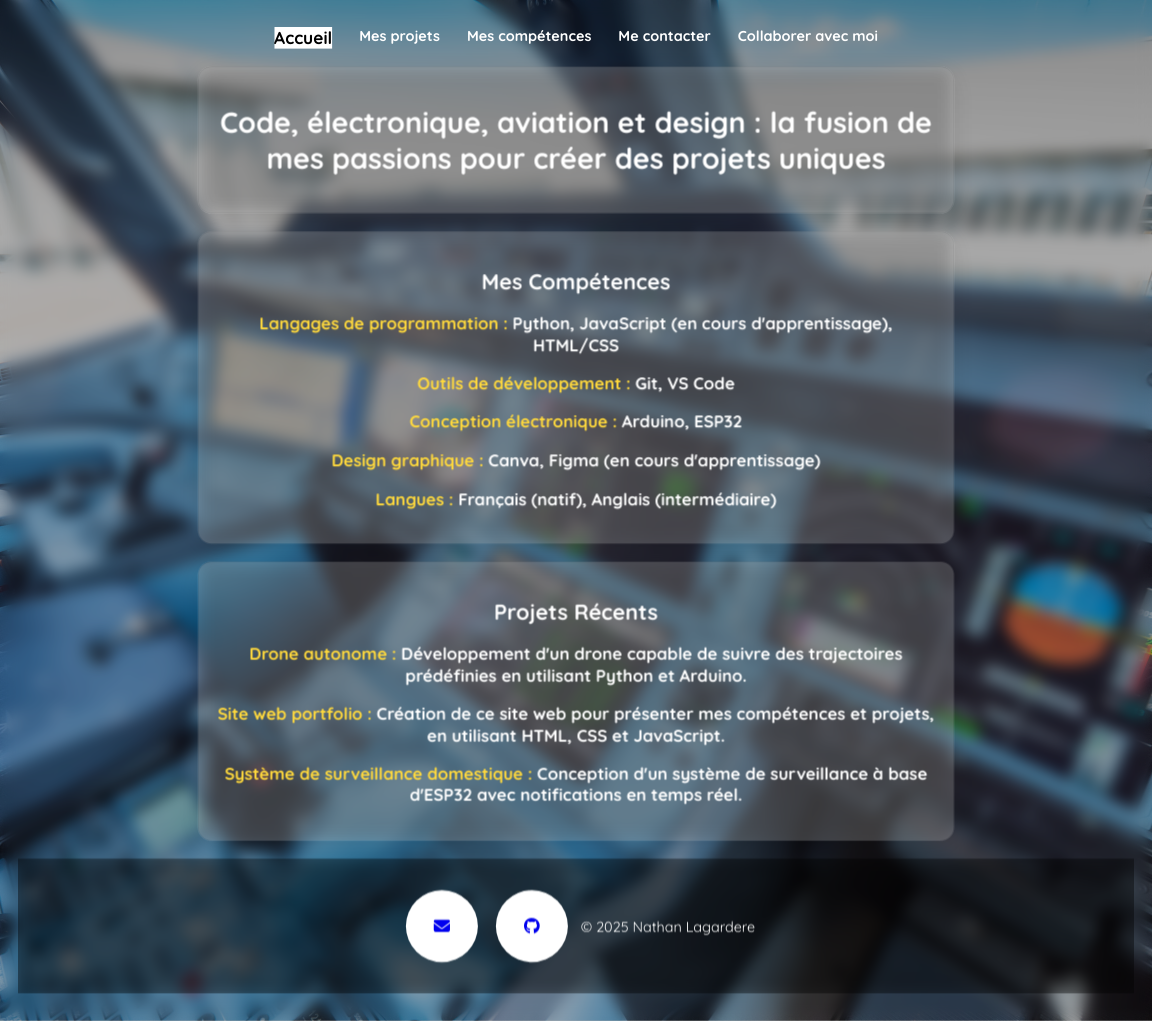
Repository: nlagardere/myportfolio
Page: index - Copie.html
The author's editor kept a copy of each file at every save. The page is drawn from the files as they stood at one save, then again after a run of saves.
The browser window is 1280 px wide. The pictures show the whole page, at 90% of full size.

Above is the page before, as saved 2025-09-06 10:33:41.

### index - Copie.html
<!DOCTYPE html>
<html lang="fr">
<head>
  <meta charset="UTF-8">
  <meta name="viewport" content="width=device-width, initial-scale=1.0">
  <title>Portfolio</title>

  <!-- Google Fonts -->
  <link href="https://fonts.googleapis.com/css2?family=Exo+2:wght@400;700&family=Quicksand:wght@400;700&display=swap" rel="stylesheet">
  <!-- Font Awesome -->
  <link rel="stylesheet" href="https://cdnjs.cloudflare.com/ajax/libs/font-awesome/6.5.0/css/all.min.css">

  <style>
    /* ========== BODY & LAYOUT ========== */
    body {
      font-family: 'Quicksand', sans-serif;
      margin: 0;
      padding: 0;
      min-height: 100vh;
      display: flex;
      flex-direction: column;
      background: url('a350.jpg') no-repeat center center;
      background-size: cover;
      color: #fff;
    }

    header {
      text-align: center;
      padding: 30px 20px;
      background: rgba(0,0,0,0.3);
      backdrop-filter: blur(8px);
    }

    /* ========== GLASS CARD ========== */
    .glasscard, .competences {
      background: rgba(255, 255, 255, 0.2);
      border-radius: 15px;
      padding: 20px;
      margin: 20px auto;
      max-width: 800px;
      backdrop-filter: blur(10px);
      box-shadow: 0 4px 30px rgba(0,0,0,0.1);
      text-align: center;
      animation: zoomPop 1s ease forwards;
      color: white;
    }

    .highlight {
      color: #FFD93D;
      font-weight: bold;
    }

    @keyframes zoomPop {
      0% { opacity: 0; transform: scale(0.1) translateZ(-800px); }
      60% { opacity: 1; transform: scale(1.2) translateZ(50px); }
      80% { transform: scale(0.95) translateZ(0); }
      100% { opacity: 1; transform: scale(1) translateZ(0); }
    }


    /* ========== SOCIAL ICONS ========== */
    .wrapper {
      display: inline-flex;
      justify-content: center;
      list-style: none;
      padding: 20px 0;
      margin: 0 auto;
    }

    .wrapper .icon {
      position: relative;
      background: #ffffff;
      border-radius: 50%;
      padding: 15px;
      margin: 0 10px;
      width: 50px;
      height: 50px;
      font-size: 18px;
      display: flex;
      justify-content: center;
      align-items: center;
      cursor: pointer;
      transition: all 0.2s cubic-bezier(0.68, -0.55, 0.265, 1.55);
    }

    .wrapper .tooltip {
      position: absolute;
      bottom: 100%;
      left: 50%;
      transform: translateX(-50%) translateY(-10px);
      font-size: 14px;
      background: #333;
      color: #fff;
      padding: 5px 8px;
      border-radius: 5px;
      opacity: 0;
      pointer-events: none;
      white-space: nowrap;
      transition: all 0.3s cubic-bezier(0.68, -0.55, 0.265, 1.55);
      z-index: 10;
    }

    .wrapper .tooltip::before {
      content: "";
      position: absolute;
      top: 100%;
      left: 50%;
      transform: translateX(-50%) rotate(45deg);
      width: 8px;
      height: 8px;
      background: #333;
    }

    .wrapper .icon:hover .tooltip {
      opacity: 1;
      pointer-events: auto;
      transform: translateX(-50%) translateY(-15px);
    }

    .wrapper .mail:hover,
    .wrapper .mail:hover .tooltip,
    .wrapper .mail:hover .tooltip::before {
      background: #00CED1;
      color: #fff;
    }

    .wrapper .github:hover,
    .wrapper .github:hover .tooltip,
    .wrapper .github:hover .tooltip::before {
      background: #333333;
      color: #fff;
    }

    /* ========== FOOTER ========== */
    .footer{
      text-align: center;
      padding: 15px 20px;
      background: rgba(0,0,0,0.3);
      backdrop-filter: blur(8px);
      color: white;
      margin-top: auto; /* ça force le footer en bas */

    }

    /* ========== NAVBAR ========== */
    .navbar ul {
      list-style: none;
      padding: 0;
      margin: 0;
      display: flex;
      justify-content: center;
      gap: 30px;
      flex-wrap: wrap;
    }
    .navbar ul li {
      display: inline;
    }
    .navbar ul li a {
      text-decoration: none;
      color: white;
      font-weight: bold;
      transition: color 0.3s;
    }
    .navbar ul li a:hover {
      color: #FFD93D;
    }

    .navbar .accueil a {
      font-size: 1.2em;
      font-weight: bold;
      color: #000000;


    }
    .navbar .accueil a:hover {
      color: #FF5733;
    }

    .navbar .accueil-wrapper {
      background: #FFFFFF;
      color: #000000;
    }

    /* ========== RESPONSIVE ========== */
    @media (max-width: 600px) {
      .letter-block .letter {
        font-size: 2.5em;
      }
    }

  </style>
</head>
<body>
  <header>
    <nav class="navbar">
      <ul>
        <div class="accueil-wrapper">
          <li class="accueil"><a href="index - Copie.html">Accueil</a></li>
        </div>
        <li><a href="projects.html">Mes projets</a></li>
        <li><a href="competences.html">Mes compétences</a></li>
        <li><a href="contact.html">Me contacter</a></li>
        <li><a href="collaborate.html">Collaborer avec moi</a></li>
      </ul>
    </nav>

  <div class="glasscard">
    <h1>Code, électronique, aviation et design : la fusion de mes passions pour créer des projets uniques</h1>
  </div>

  <div class="competences">
    <h2>Mes Compétences</h2>
    <h3><span class="highlight">Langages de programmation :</span> Python, JavaScript (en cours d'apprentissage), HTML/CSS</h3>
    <h3><span class="highlight">Outils de développement :</span> Git, VS Code</h3>
    <h3><span class="highlight">Conception électronique :</span> Arduino, ESP32</h3>
    <h3><span class="highlight">Design graphique :</span> Canva, Figma (en cours d'apprentissage)</h3>
    <h3><span class="highlight">Langues :</span> Français (natif), Anglais (intermédiaire)</h3>
  </div>

  <div calss="projects">
    <div class="glasscard">
      <h2>Projets Récents</h2>
      <h3><span class="highlight">Drone autonome :</span> Développement d'un drone capable de suivre des trajectoires prédéfinies en utilisant Python et Arduino.</h3>
      <h3><span class="highlight">Site web portfolio :</span> Création de ce site web pour présenter mes compétences et projets, en utilisant HTML, CSS et JavaScript.</h3>
      <h3><span class="highlight">Système de surveillance domestique :</span> Conception d'un système de surveillance à base d'ESP32 avec notifications en temps réel.</h3>
    </div>
  </div>




  <div class="footer">
    <ul class="wrapper">
      <li class="icon mail">
        <a href="mailto:nathan.lagardere@gmail.com" target="_blank">
          <span class="tooltip">Mail</span>
          <i class="fas fa-envelope"></i>
        </a>
      </li>
      <li class="icon github">
        <a href="https://github.com/nlagardere" target="_blank">
          <span class="tooltip">Github</span>
          <i class="fab fa-github"></i>
        </a>
      </li>
    </ul>
    © 2025 Nathan Lagardere
  </div>

<script>

</script>
</body>
</html>

After the next 3 saves:
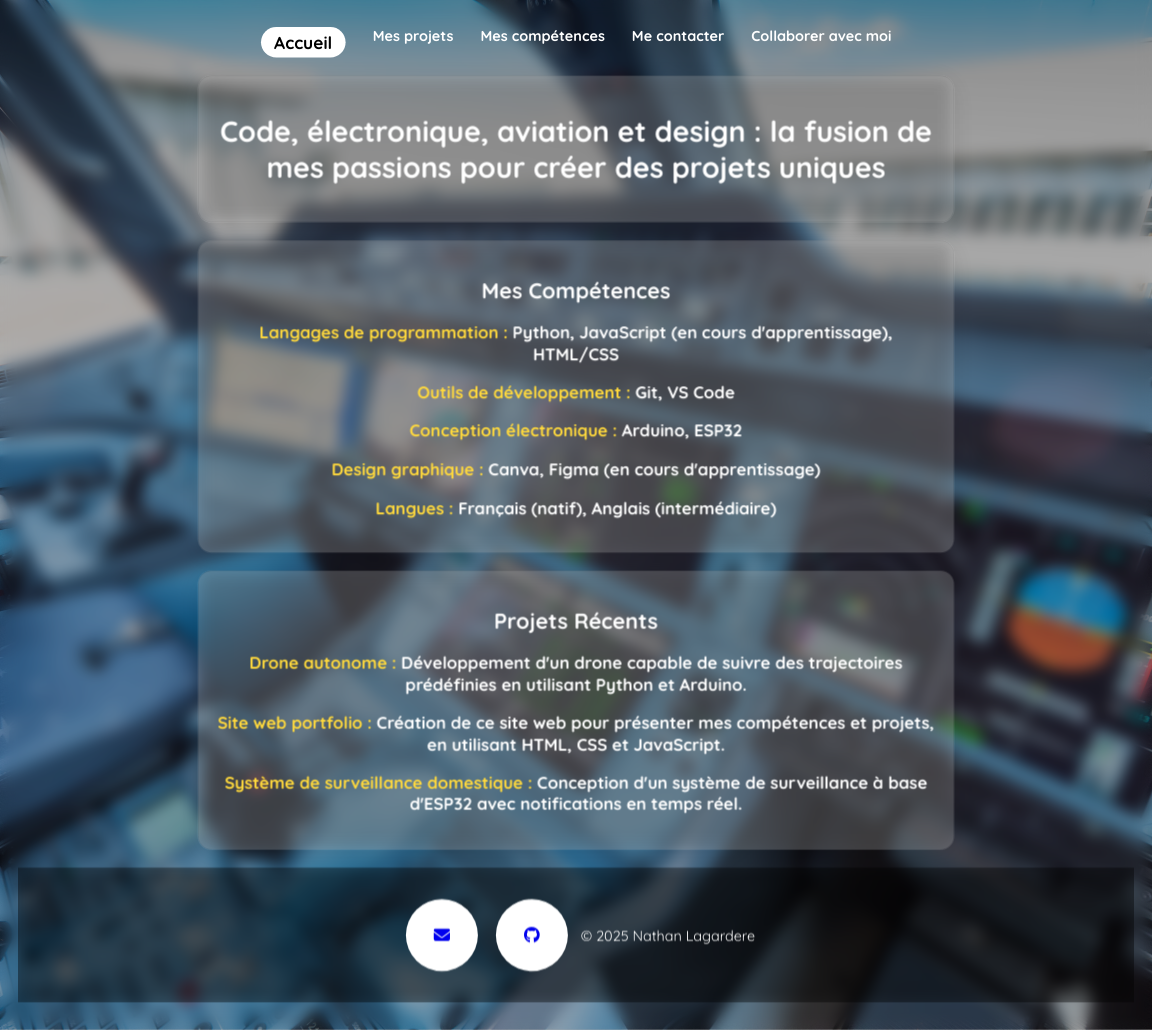
The 3 saves are shown as one change because they came seconds apart.
The last was saved 11 s later.
--- a/index - Copie.html
+++ b/index - Copie.html
@@ -179,6 +179,8 @@
     .navbar .accueil-wrapper {
       background: #FFFFFF;
       color: #000000;
+      padding: 5px 15px;
+      border-radius: 25px;
     }
 
     /* ========== RESPONSIVE ========== */

After the 2 saves that followed:
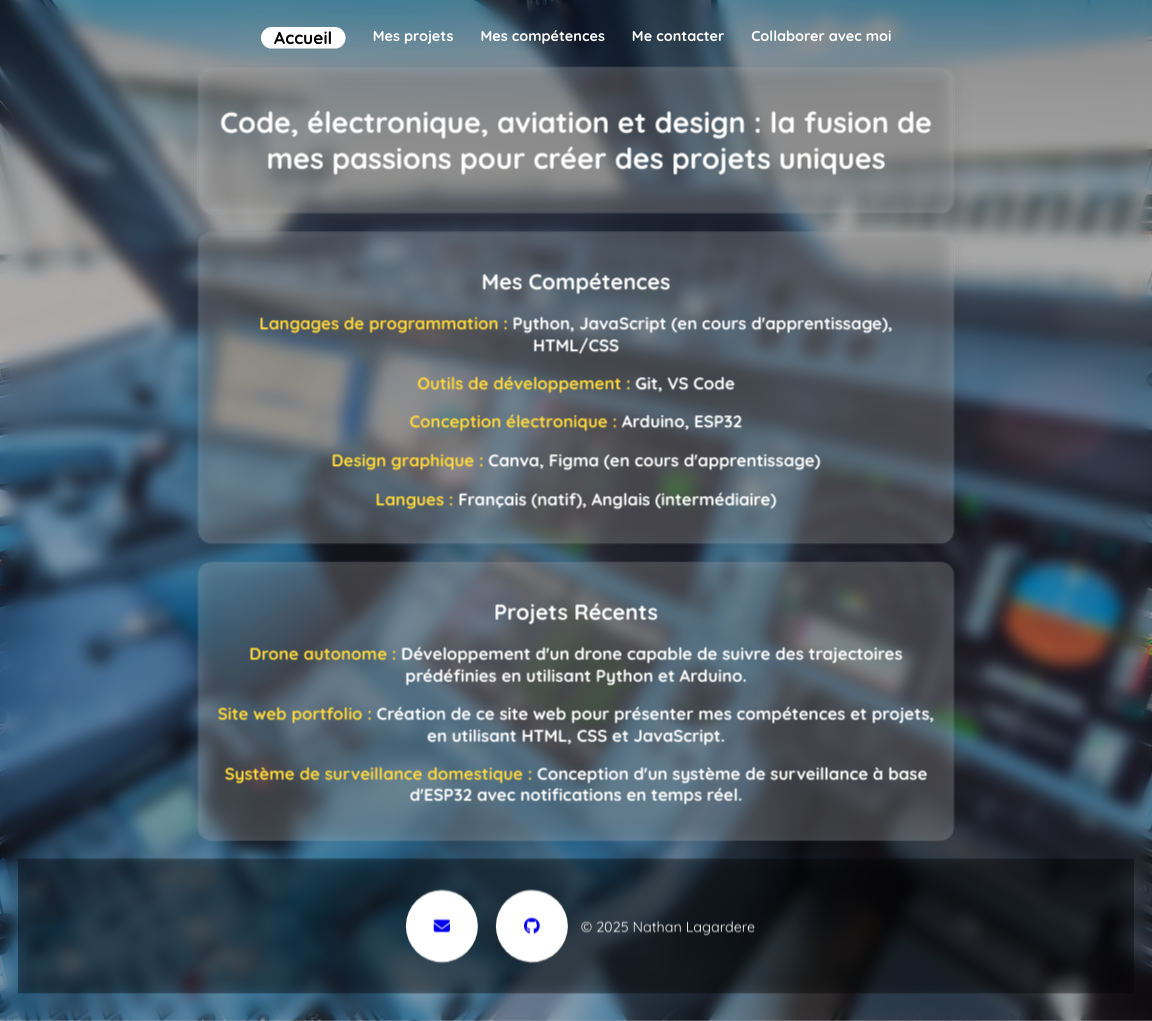
The 2 saves are shown as one change because they came seconds apart.
The last was saved 10 s later.
--- a/index - Copie.html
+++ b/index - Copie.html
@@ -179,7 +179,7 @@
     .navbar .accueil-wrapper {
       background: #FFFFFF;
       color: #000000;
-      padding: 5px 15px;
+      padding: 0px 15px;
       border-radius: 25px;
     }
 
